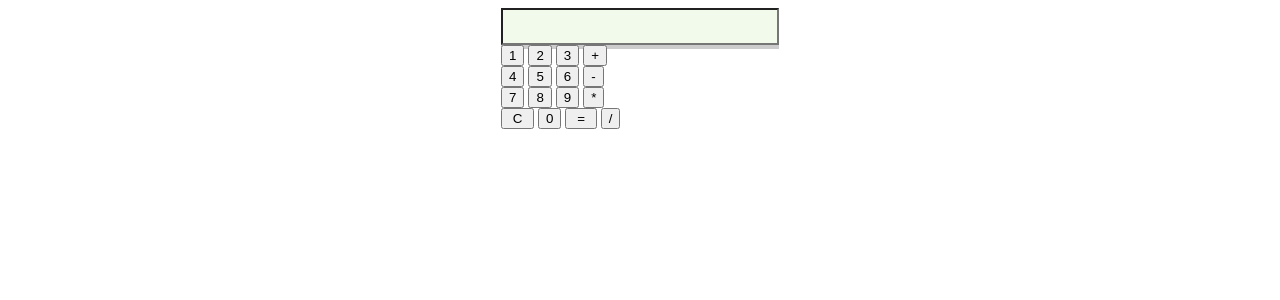
Repository: Drumstrum88/LAB-calculator
Page: index.html
The author's editor kept a copy of each file at every save. The page is drawn from the files as they stood at one save, then again after a run of saves.
The browser window is 1280 px wide. The pictures show the whole page.
The pointer rests on the first visible `#answer`.

Above is the page before, as saved 2023-04-15 20:53:25.

### index.html
<!DOCTYPE html>
<html lang="en">
<head>
  <meta charset="UTF-8">
  <meta http-equiv="X-UA-Compatible" content="IE=edge">
  <meta name="viewport" content="width=device-width, initial-scale=1.0">
  <title>Calculator</title>
  <link rel="stylesheet" href="main.css">
</head>
<body>
  <div class="center-div">
  <input type="text" name="input" size="16" id="answer"><br>
  <input type="button" name="one" value="1" onclick="calc.input.value += '1'">
            <input type="button" name="two" value="2" onclick="calc.input.value += '2'">
            <input type="button" name="three" value="3" onclick="calc.input.value += '3'">
            <input type="button" class="operator" name="plus" value="+" onclick="calc.input.value += '+'">
            <br>
            <input type="button" name="four" value="4" onclick="calc.input.value += '4'">
            <input type="button" name="five" value="5" onclick="calc.input.value += '5'">
            <input type="button" name="six" value="6" onclick="calc.input.value += '6'">
            <input type="button" class="operator" name="minus" value="-" onclick="calc.input.value += '-'">
             <br>
             <input type="button" name="seven" value="7" onclick="calc.input.value += '7'">
             <input type="button" name="eight" value="8" onclick="calc.input.value += '8'">
             <input type="button" name="nine" value="9" onclick="calc.input.value += '9'">
             <input type="button" class="operator" name="times" value="*" onclick="calc.input.value += '*'">
             <br>
             <input type="button" id="clear" name="clear" value=" C " onclick="calc.input.value=''">
             <input type="button" name="zero" value="0" onclick="clac.input.value +='0'">
             <input type="button" name="doit" value=" = " onclick="calc.input.value=eval(calc.input.value)">
             <input type="button" class="operator" name="div" value="/" onclick="calc.input.value += '/'">
            </div>
  </body>
</html>

### main.css
body {
  display: flex;
  justify-content: center;
  align-items: center;
}
  center-div {
  width: 400px;
  background-color: black;
  }


  #answer{
    width: 270px;
    font-size: 26px;
    text-align: right;
    background-color: #f1faeb;
    float: left;
}
/* answer hover effect */
#answer:hover{
    width: 270px;
    font-size: 26px;
    text-align: right;
    box-shadow: 0 4px rgba(0,0,0,0.2);
    background-color: #;
}

After the next 3 saves:
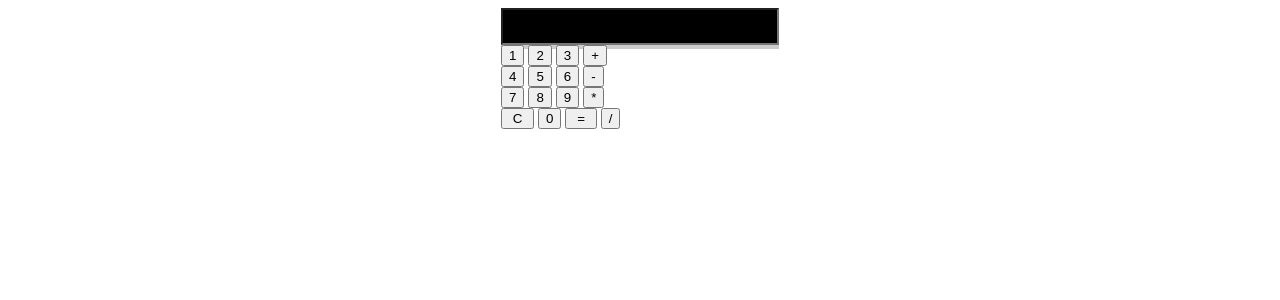
The 3 saves are shown as one change because they came seconds apart.
The last was saved 9 s later.
--- a/main.css
+++ b/main.css
@@ -22,5 +22,5 @@
     font-size: 26px;
     text-align: right;
     box-shadow: 0 4px rgba(0,0,0,0.2);
-    background-color: #;
+    background-color: #000000;
 }

After the save that followed:
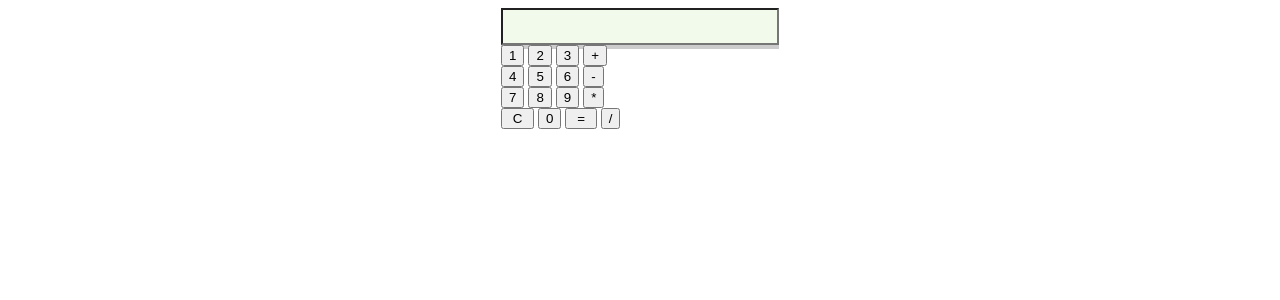
Saved 28 s later.
--- a/main.css
+++ b/main.css
@@ -22,5 +22,5 @@
     font-size: 26px;
     text-align: right;
     box-shadow: 0 4px rgba(0,0,0,0.2);
-    background-color: #000000;
+    background-color: #;
 }
